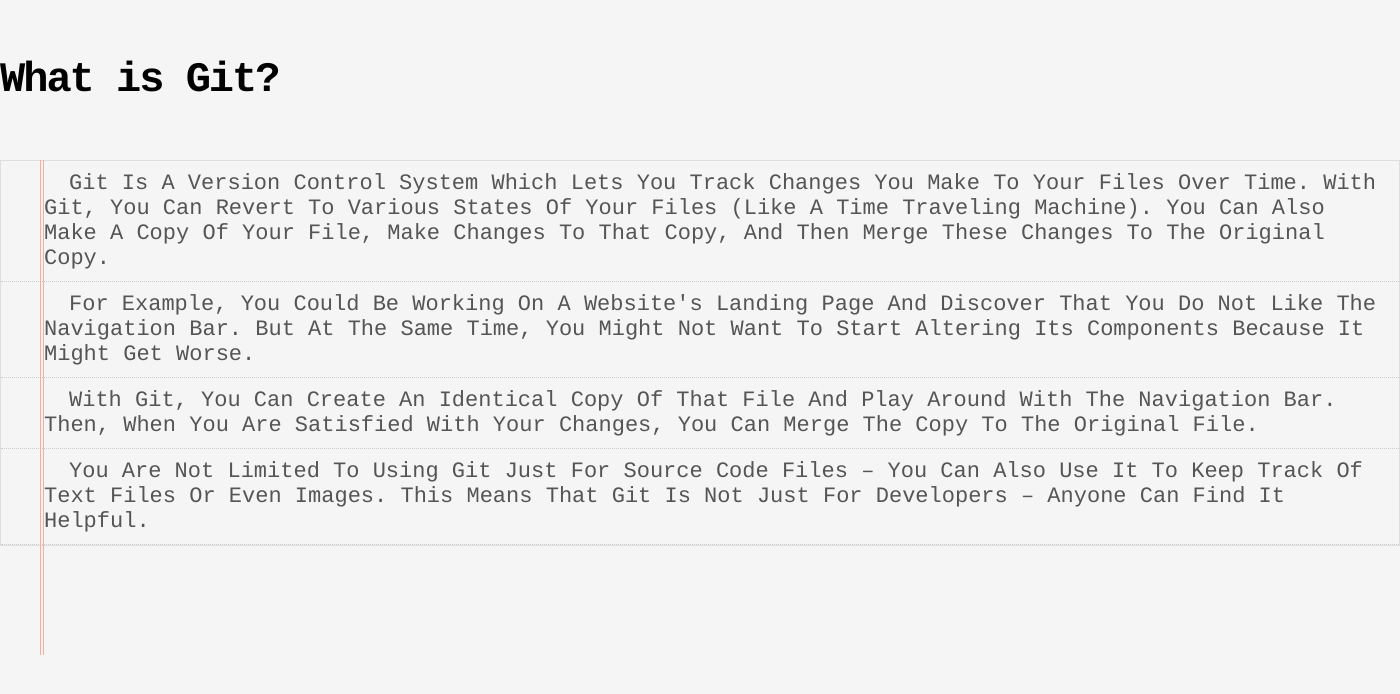
Repository: dev-singh-kanyal/Archive-git_github
Page: src/what is git.html
The author's editor kept a copy of each file at every save. The page is drawn from the files as they stood at one save, then again after a run of saves.
The browser window is 1280 px wide. The page is 1400 px wide, so the pictures cover 1400 px, including what lies to the right of the window. The pictures show the whole page.
Some web fonts or font styles are not loaded; a fallback is used.

Above is the page before, as saved 2022-06-24 16:29:13.

### src/what is git.html
<!DOCTYPE HTML>
<html>

<head>
   <meta charset="UTF-8">
   <title>Git</title>
   <link rel="stylesheet" href="/src/style.css">
   <link href="https://fonts.googleapis.com/css2?family=Reenie+Beanie&display=swap" rel="stylesheet">
</head>

<body>

    <h4>What is Git?</h4>

    <div class="lines"></div>

    <ul class="list">
      <li>Git is a version control system which lets you track changes you make to your files over time. With Git, you can revert to various states of your files (like a time traveling machine). You can also make a copy of your file, make changes to that copy, and then merge these changes to the original copy.</li>
      <li>For example, you could be working on a website's landing page and discover that you do not like the navigation bar. But at the same time, you might not want to start altering its components because it might get worse.</li>
      <li>With Git, you can create an identical copy of that file and play around with the navigation bar. Then, when you are satisfied with your changes, you can merge the copy to the original file.</li>
      <li>You are not limited to using Git just for source code files – you can also use it to keep track of text files or even images. This means that Git is not just for developers – anyone can find it helpful.</li>
    </ul>

</body>
</html>

### src/style.css
body {
    background-color: #f5f5f5;
    width: 1400px;
    margin: 0 auto;
    padding: 0;
  }
  h4 {
    color: #000000;
    font-size: 42px;
    letter-spacing: -2px;
    font-family: courier, monospace;
    text-align: left;
  }
  a {
    text-decoration: none;
    color: inherit;
  }
  .list {
    color: #555;
    font-size: 22px;
    /* font-size: 2rem; */
    padding: 0 !important;
    width: auto;
    /* font-family: 'Reenie Beanie'; */
    font-family: courier, monospace;
    border: 1px solid #dedede;
  }
  .list li {
    list-style: none;
    border-bottom: 1px dotted #ccc;
    text-indent: 25px;
    height: auto;
    padding: 10px;
    text-transform: capitalize;
  }
  .list li:hover {
    background-color: #f0f0f0;
    -webkit-transition: all 0.2s;
    -moz-transition:    all 0.2s;
    -ms-transition:     all 0.2s;
    -o-transition:      all 0.2s;
  }
  .lines {
    border-left: 1px solid #ffaa9f;
    border-right: 1px solid #ffaa9f;
    width: 2px;
    float: left;
    height: 495px;
    margin-left: 40px;
  }

After the next 5 saves:
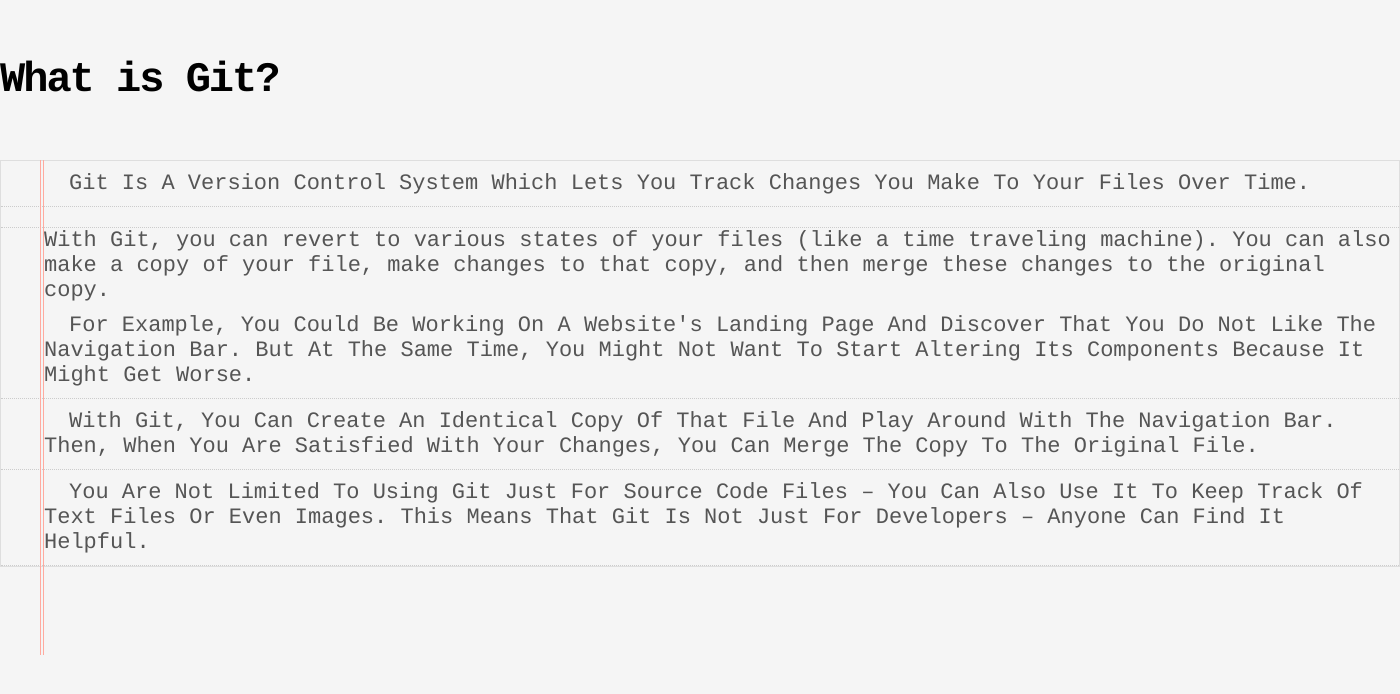
The 5 saves are shown as one change because they came seconds apart.
The last was saved 35 s later.
--- a/src/what is git.html
+++ b/src/what is git.html
@@ -15,7 +15,8 @@
     <div class="lines"></div>
 
     <ul class="list">
-      <li>Git is a version control system which lets you track changes you make to your files over time. With Git, you can revert to various states of your files (like a time traveling machine). You can also make a copy of your file, make changes to that copy, and then merge these changes to the original copy.</li>
+      <li>Git is a version control system which lets you track changes you make to your files over time.</li>
+      <li></li>With Git, you can revert to various states of your files (like a time traveling machine). You can also make a copy of your file, make changes to that copy, and then merge these changes to the original copy.</li>
       <li>For example, you could be working on a website's landing page and discover that you do not like the navigation bar. But at the same time, you might not want to start altering its components because it might get worse.</li>
       <li>With Git, you can create an identical copy of that file and play around with the navigation bar. Then, when you are satisfied with your changes, you can merge the copy to the original file.</li>
       <li>You are not limited to using Git just for source code files – you can also use it to keep track of text files or even images. This means that Git is not just for developers – anyone can find it helpful.</li>
